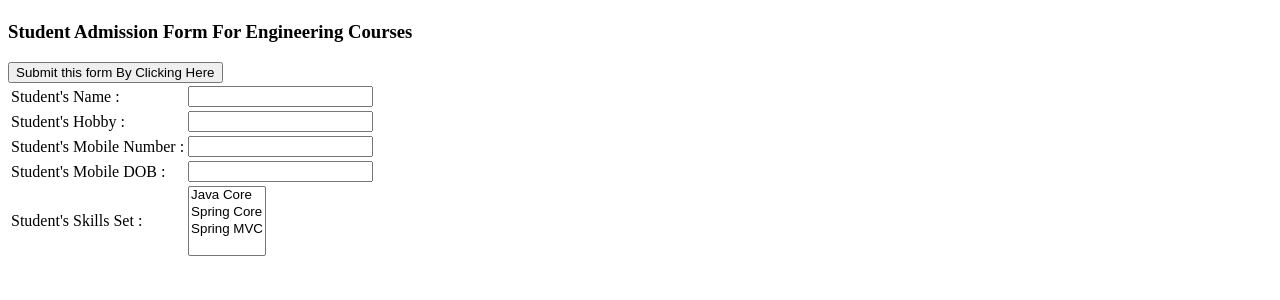
Repository: anujsachan89/Spring-MVC
Page: http://localhost/SpringMVC10/WEB-INF/jsp/AdmissionForm.jsp
These files come from the project's save history. The page is drawn as it stood at one moment and after the next save; the edit follows.
The browser window is 1280 px wide. The pictures show the whole page.
The page is served by Tomcat 9. Nobody is signed in. Other server files are loaded and not shown. The template is opened directly, without the code that normally fills it, so the values that code supplies are empty.

Above is the page before, as saved 2017-02-04 05:56:15.

### Spring-MVC workspace/SpringMVC10/src/main/webapp/WEB-INF/jsp/AdmissionForm.jsp
<%@ page language="java" contentType="text/html; charset=UTF-8"
	pageEncoding="UTF-8"%>
<!DOCTYPE html PUBLIC "-//W3C//DTD HTML 4.01 Transitional//EN" "http://www.w3.org/TR/html4/loose.dtd">
<html>
<head>
<meta http-equiv="Content-Type" content="text/html; charset=UTF-8">
<title>Insert title here</title>
</head>
<body>
	<h1> ${headerMessage} </h1>
	<h3>Student Admission Form For Engineering Courses</h3>
	<form action="submitAdmissionForm" method="post">
		<table>
		<tr>
		<td>Student's Name : </td>	<td>				<input type = "text" name = "studentName" /> </td>
		</tr>
		<tr>
		<td>Student's Hobby : </td>	<td>				<input type = "text" name = "studentHobby" /> </td>
		</tr>
		<tr>
		<td>Student's Mobile Number : </td>	<td>		<input type = "text" name = "studentName" /> </td>
		</tr>
		<tr>
		<td>Student's Mobile DOB : </td>	<td>		<input type = "text" name = "studentDOB" /> </td>
		</tr>
		<tr>
		<td>Student's Skills Set  : </td>	<td>		<select name = "studentSkills" multiple>
														<option value = "Java Core"> Java Core </option>
														<option value = "Spring Core"> Spring Core </option>
														<option value = "Spring MVC"> Spring MVC </option>
														</select><td>
		</tr>

		<input type="Submit" value="Submit this form By Clicking Here" />


		</table>
	</form>
</body>
</html>

After the next save:
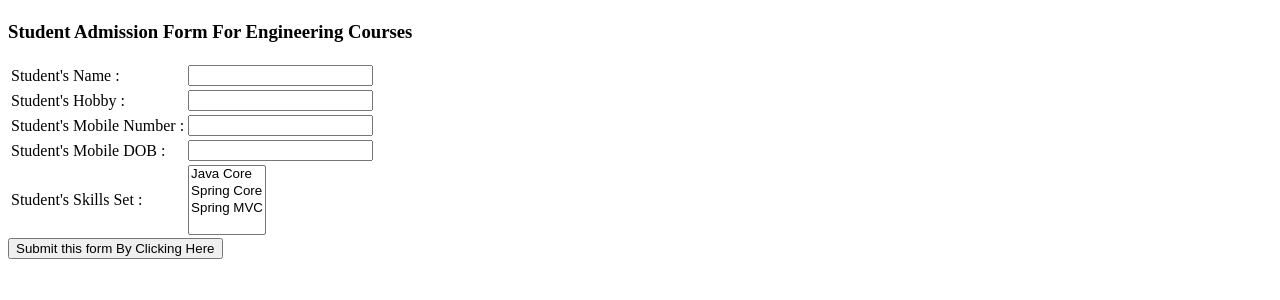
Saved 22 s later.
--- a/Spring-MVC workspace/SpringMVC10/src/main/webapp/WEB-INF/jsp/AdmissionForm.jsp
+++ b/Spring-MVC workspace/SpringMVC10/src/main/webapp/WEB-INF/jsp/AdmissionForm.jsp
@@ -31,10 +31,11 @@
 														</select><td>
 		</tr>
 
-		<input type="Submit" value="Submit this form By Clicking Here" />
+
 
 
 		</table>
+		<input type="Submit" value="Submit this form By Clicking Here" />
 	</form>
 </body>
 </html>
